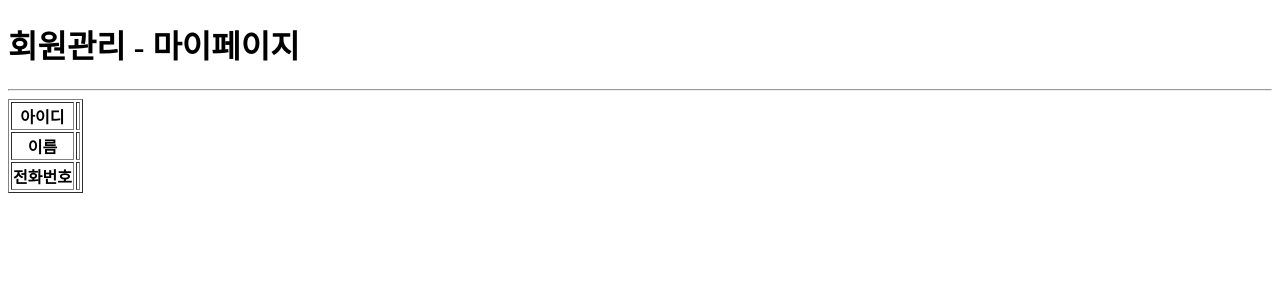
Repository: wona-owo/Spring
Page: http://localhost/00_spring/member/mypage.kh
The author's editor kept a copy of each file at every save. The page is drawn from the files as they stood at one save, then again after the next save.
The browser window is 1280 px wide. The pictures show the whole page.
The page is served by Tomcat 9. Other server files are loaded and not shown.

Above is the page before, as saved 2024-12-03 05:21:13.

### 00_spring/src/main/webapp/WEB-INF/views/member/mypage.jsp
<%@ page language="java" contentType="text/html; charset=UTF-8"
    pageEncoding="UTF-8"%>
<!DOCTYPE html>
<html>
<head>
<meta charset="UTF-8">
<title>Insert title here</title>
</head>
<body>
	<h1>회원관리 - 마이페이지</h1>

	<hr>

	<table border="1">
		<tr>
			<th>아이디</th>
			<td>${sessionScope.loginMember.memberId}</td>
		</tr>
		<tr>
			<th>이름</th>
			<td>${loginMember.memberName}</td>
		</tr>
		<tr>
			<th>전화번호</th>
			<td>${loginMember.memberPhone}</td>
		</tr>
	</table>
</body>
</html>

After the next save:
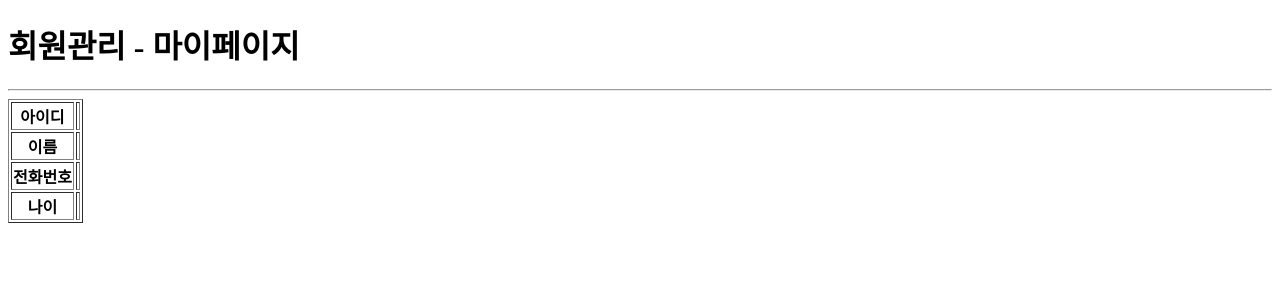
Saved 37 s later.
--- a/00_spring/src/main/webapp/WEB-INF/views/member/mypage.jsp
+++ b/00_spring/src/main/webapp/WEB-INF/views/member/mypage.jsp
@@ -24,6 +24,10 @@
 			<th>전화번호</th>
 			<td>${loginMember.memberPhone}</td>
 		</tr>
+		<tr>
+			<th>나이</th>
+			<td>${loginMember.memberAge}</td>
+		</tr>
 	</table>
 </body>
 </html>
